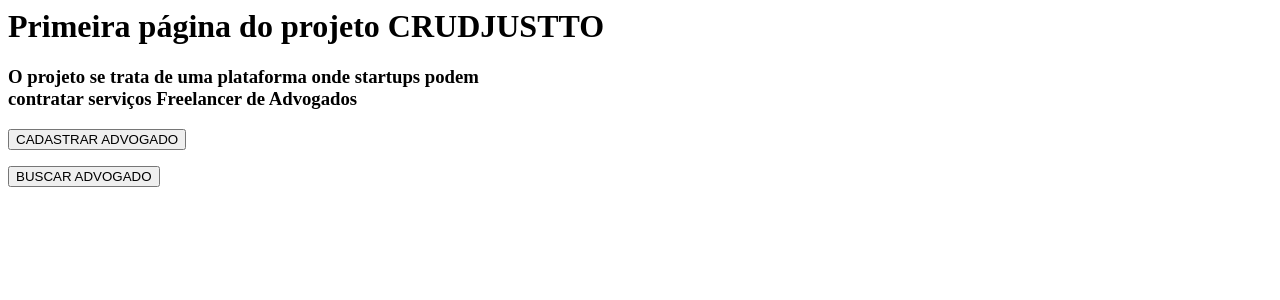
Repository: Natan16/CRUDJUSTTO
Page: CRUDJUSTTOWEB/WebContent/index.html
The author's editor kept a copy of each file at every save. The page is drawn from the files as they stood at one save, then again after the next save.
The browser window is 1280 px wide. The pictures show the whole page.

Above is the page before, as saved 2019-08-31 23:03:40.

### CRUDJUSTTOWEB/WebContent/index.html
<html>
	<head>
		<title>Projeto CRUDJUSTTO</title>
	</head>
	<body>
		<h1>Primeira página do projeto CRUDJUSTTO</h1>
		<h3>
			<p>
				O projeto se trata de uma plataforma onde startups podem <br>
				contratar serviços Freelancer de Advogados
			</p>

		</h3>
		<form action="adiciona-advogado.jsp" method="post">
			<input type="submit" value="CADASTRAR ADVOGADO" >
		</form>

		<form action="consulta-advogado.jsp" method="post">
			<input type="submit" value="BUSCAR ADVOGADO" >
		</form>


	</body>
</html>

After the next save:
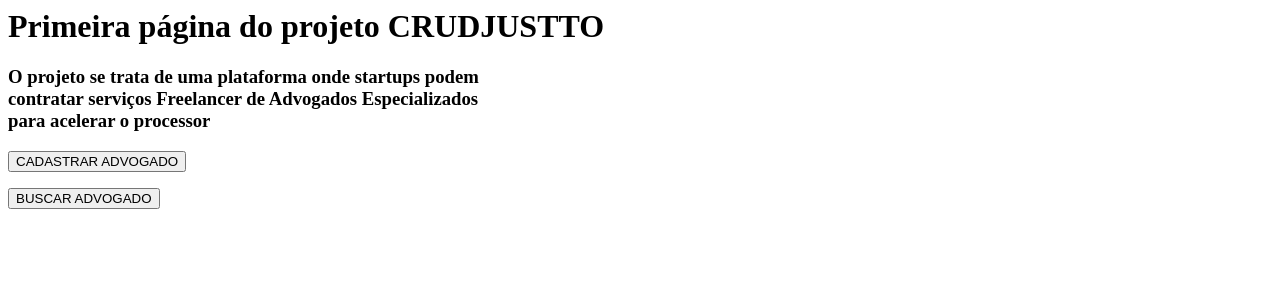
Saved 77 s later.
--- a/CRUDJUSTTOWEB/WebContent/index.html
+++ b/CRUDJUSTTOWEB/WebContent/index.html
@@ -7,7 +7,8 @@
 		<h3>
 			<p>
 				O projeto se trata de uma plataforma onde startups podem <br>
-				contratar serviços Freelancer de Advogados
+				contratar serviços Freelancer de Advogados Especializados<br>
+				para acelerar o processor
 			</p>
 
 		</h3>
